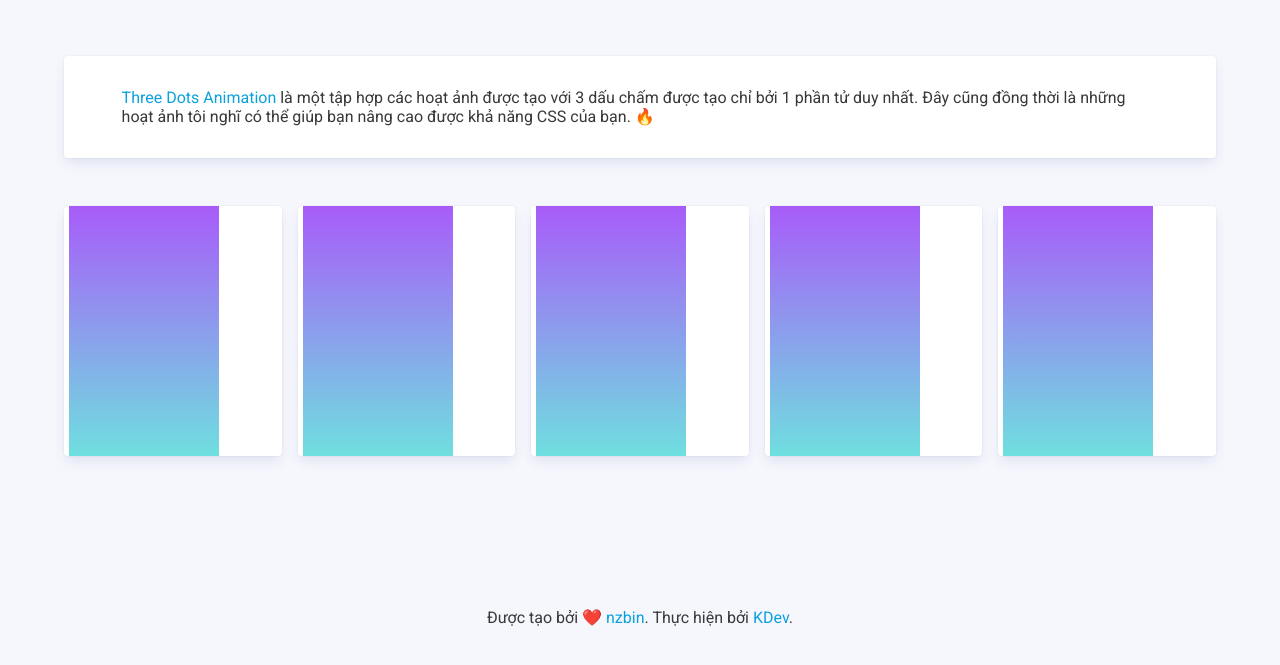
Repository: haokiet2501/lazy-loader-animation
Page: index.html
The author's editor kept a copy of each file at every save. The page is drawn from the files as they stood at one save, then again after the next save.
The browser window is 1280 px wide. The pictures show the whole page.
The style sheet was rebuilt from its Sass, Less or Tailwind sources for each picture, by a compiler version that may differ from the author's.

Above is the page before, as saved 2022-05-06 19:57:01.

### index.html
<!DOCTYPE html>
<html lang="en">
<head>
    <meta charset="UTF-8">
    <meta http-equiv="X-UA-Compatible" content="IE=edge">
    <meta name="viewport" content="width=device-width, initial-scale=1.0">
    <link rel="shortcut icon" href="image/KDEV.png" type="image/x-icon">
    <link rel="stylesheet" href="sass/css/styles.css">
    <title>Three Dots Animation</title>
</head>
<body>
    <div class="container">
        <div class="title">
            <a href="/" target="_blank">Three Dots Animation</a> là một tập hợp các hoạt ảnh được tạo với 3 dấu chấm được tạo chỉ bởi 1 phần tử duy nhất. Đây cũng đồng thời là những hoạt ảnh tôi nghĩ có thể giúp bạn nâng cao được khả năng CSS của bạn. 🔥
        </div>

        <div class="row">
            <div class="box">
                <div class="stage">

                </div>
            </div>
            <div class="box">
                <div class="stage">

                </div>
            </div>
            <div class="box">
                <div class="stage">

                </div>
            </div>
            <div class="box">
                <div class="stage">

                </div>
            </div>
            <div class="box">
                <div class="stage">

                </div>
            </div>
        </div>

        <footer class="footer">
            <p>
                Được tạo bởi ❤️ <a href="https://github.com/nzbin" target="_blank">nzbin</a>.
                Thực hiện bởi <a href="/" target="_blank">KDev</a>.
            </p>
        </footer>
    </div>
</body>
</html>

### sass/styles.scss
@import 'base/base';

$color-text: #383838;
$color-line: #50dfdb;

.container {
    padding: 2rem 4rem;
}

.title {
    background: #fff;
    padding: 2rem 5%;
    margin: 1.5rem 0;
    box-shadow: 0 .4rem .8rem -.1rem rgba(0, 32, 128, .1), 0 0 0 1px #f0f2f7;
    border-radius: .25rem;
    color: $color-text;
}

.box {
    position: relative;
    height: 250px;
    background: #fff;
    padding: 2rem 5%;
    margin: 1.5rem 0;
    box-shadow: 0 .4rem .8rem -.1rem rgba(0, 32, 128, .1), 0 0 0 1px #f0f2f7;
    border-radius: .25rem;
}

.box::before {
    content: '';
    position: absolute;
    top: 0;
    left: 5px;
    width: 150px;
    height: 100%;
    background: linear-gradient(#A85CF9, #6FDFDF);
}

.row {
    display: grid;
    grid-template-columns: repeat(auto-fill, minmax(184px, 1fr));
    gap: 24px 16px;
}

.footer {
    display: flex;
    justify-content: center;
    align-items: center;
    margin: 128px 0 20px;
}

.footer > p {
    color: $color-text;
}

### sass/base/_base.scss
@import url('https://fonts.googleapis.com/css2?family=Roboto:wght@300;400;500;700&display=swap');

*, ::before, ::after {
    margin: 0;
    padding: 0;
    box-sizing: border-box;
}

html, body {
    scroll-behavior: smooth;
    font-family: 'Roboto', sans-serif;
    background: #f6f7fd;
    height: 100%;
    overflow: auto;
}

a {
    text-decoration: none;
    color: #0AA1DD;
}

After the next save:
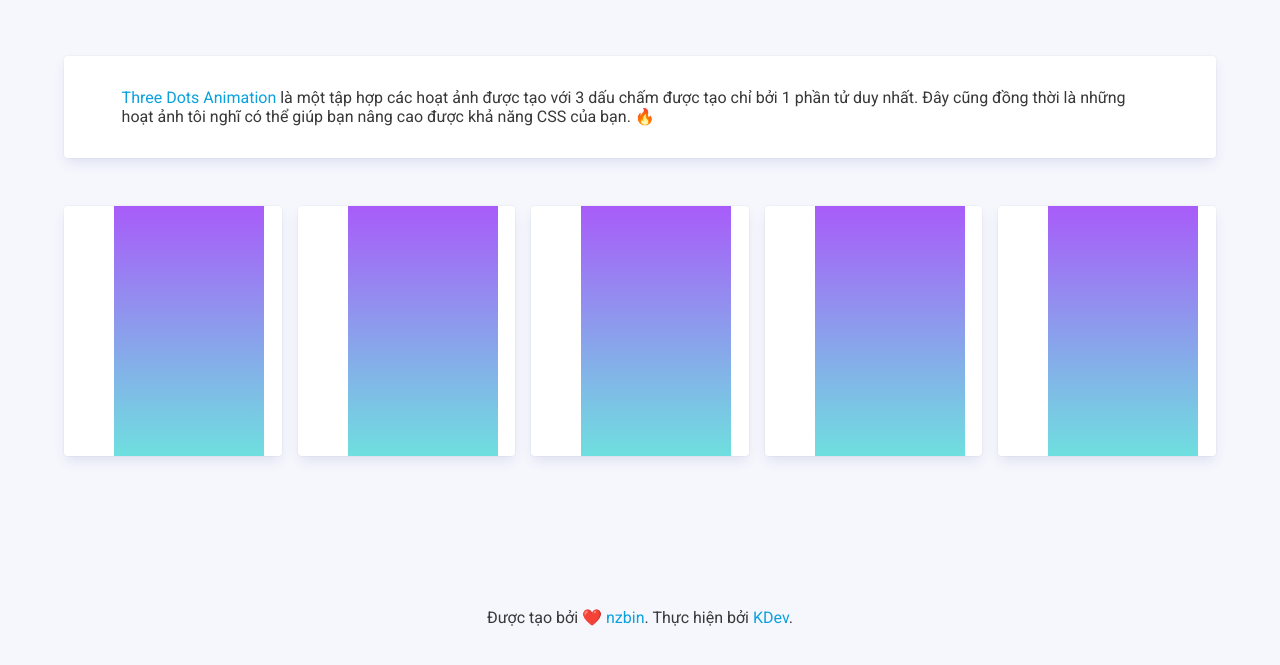
Saved 14 s later.
--- a/sass/styles.scss
+++ b/sass/styles.scss
@@ -30,7 +30,7 @@ $color-line: #50dfdb;
     content: '';
     position: absolute;
     top: 0;
-    left: 5px;
+    left: 50px;
     width: 150px;
     height: 100%;
     background: linear-gradient(#A85CF9, #6FDFDF);
